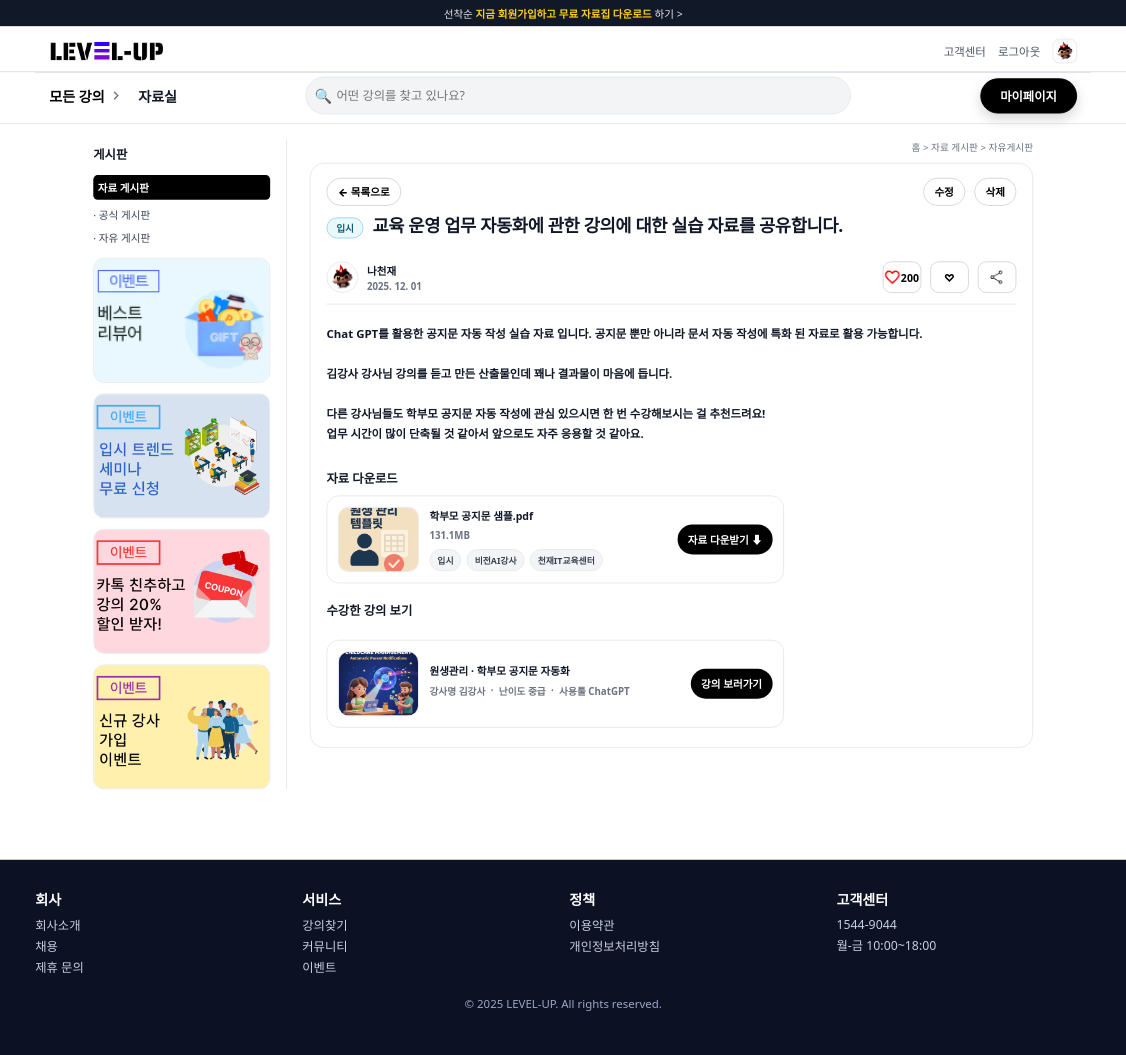
Repository: Iimchaehoon/level_up
Page: board_detail.html
An editor plug-in stored every save of this project. The page is shown before and after the next save, followed by the edit.
The browser window is 1280 px wide. The pictures show the whole page, at 88% of full size.

Above is the page before, as saved 2025-12-16 23:36:58.

After the next save:
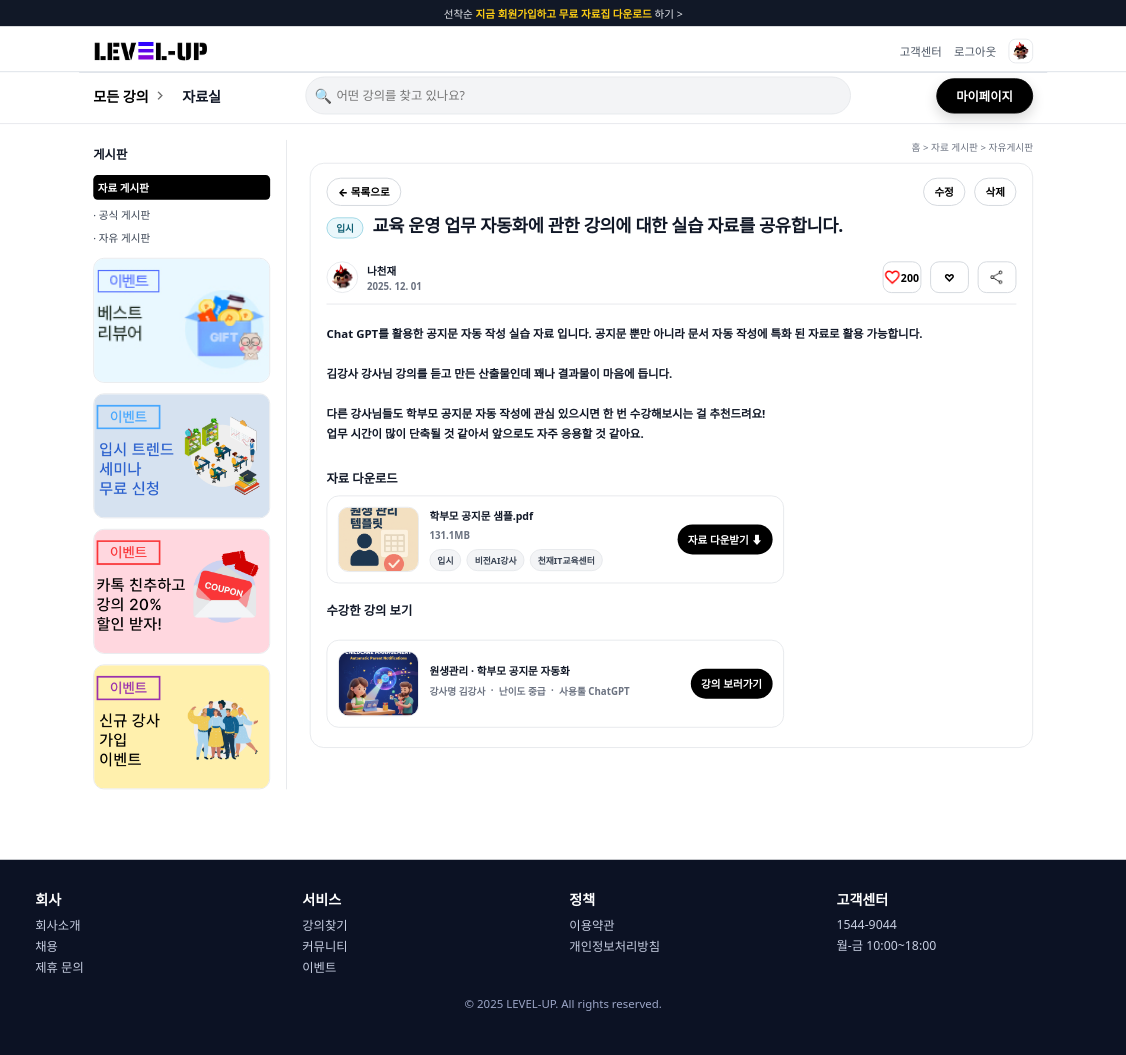
Saved 6 min 58 s later.
--- a/board_detail.html
+++ b/board_detail.html
@@ -392,6 +392,9 @@
       .side{ border-right:none; padding-right:0; }
       .resource-card{ max-width:100%; }
     }
+    .header-top{ max-width:1100px; }
+.header-bottom{ max-width:1100px; }
+.page{ max-width:1100px; }
 
   </style>
 </head>
